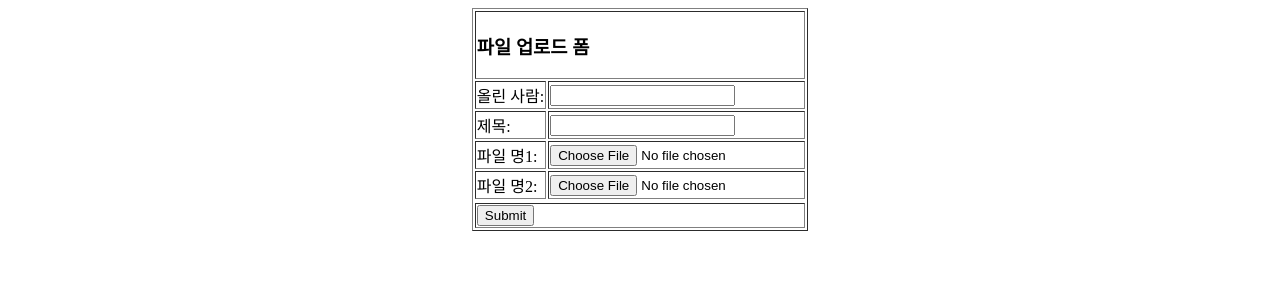
Repository: fatesky25/JSPprogram
Page: http://localhost/ServletProject/fileupload/fileUploadForm.jsp
An editor plug-in stored every save of this project. The page is shown before and after the next save, followed by the edit.
The browser window is 1280 px wide. The pictures show the whole page.
The page is served by Tomcat 9. Nobody is signed in. The application's start-up code is not run. Other server files are loaded and not shown.

Above is the page before, as saved 2023-02-14 01:08:57.

### ServletProject/src/main/webapp/fileupload/fileUploadForm.jsp
<%@ page language="java" contentType="text/html; charset=UTF-8"
    pageEncoding="UTF-8"%>
<!DOCTYPE html>
<html>
<head>
<meta charset="UTF-8">
<title>File Upload Form</title>
</head>
<body>
<div align="center">
<form action="fileUpload.jsp"
method="post" enctype="multipart/form-data">
<table border="1">
<tr><td colspan="2"><h3>파일 업로드 폼</h3></td></tr>

  <tr>
   <td>올린 사람:</td><td><input type="text" name="name"></td>
  </tr>

  <tr>
   <td>제목:</td><td><input type="text" name="subject"></td>
  </tr>

  <tr>
   <td>파일 명1:</td><td><input type="file" name="fileName1"></td>
  </tr>

  <tr>
   <td>파일 명2:</td><td><input type="file" name="fileName2"></td>
  </tr>

  <tr>
  <tr><td colspan="2">
      <input type="submit">
  </td></tr>


  </tr>

</table>
</form>
</div>
</body>
</html>

After the next save:
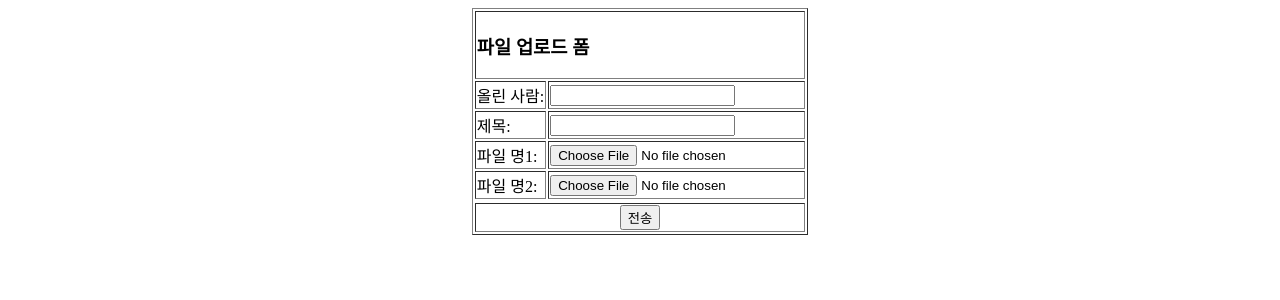
Saved 34 s later.
--- a/ServletProject/src/main/webapp/fileupload/fileUploadForm.jsp
+++ b/ServletProject/src/main/webapp/fileupload/fileUploadForm.jsp
@@ -30,8 +30,8 @@ method="post" enctype="multipart/form-data">
   </tr>
 
   <tr>
-  <tr><td colspan="2">
-      <input type="submit">
+  <tr><td colspan="2" align="center">
+      <input type="submit" value="전송">
   </td></tr>
 
 
